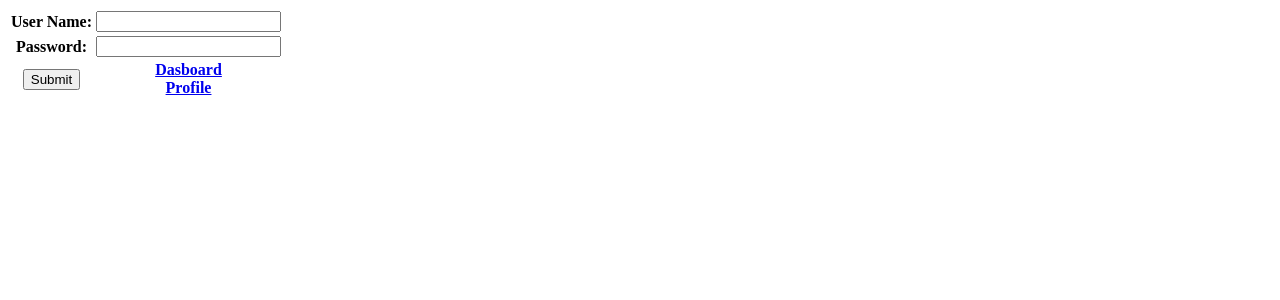
Repository: akki1071993/JavaServlet
Page: CookiesDemo2/src/main/webapp/index.html
The author's editor kept a copy of each file at every save. The page is drawn from the files as they stood at one save, then again after the next save.
The browser window is 1280 px wide. The pictures show the whole page.

Above is the page before, as saved 2022-06-16 08:57:41.

After the next save:
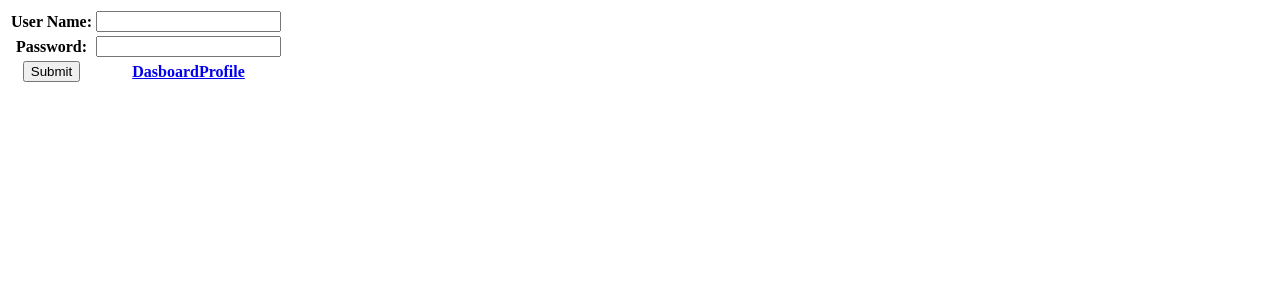
Saved 49 s later.
--- a/CookiesDemo2/src/main/webapp/index.html
+++ b/CookiesDemo2/src/main/webapp/index.html
@@ -17,7 +17,7 @@
 			</tr>
 			<tr>
 				<th><input type="submit" value="Submit"></th>
-				<th><a href="dasboard.html">Dasboard</a> <br> <a href="profile.html">Profile</a></th>
+				<th><a href="dasboard.html">Dasboard</a><a href="profile.html">Profile</a></th>
 			</tr>
 		</table>
 	</form>
